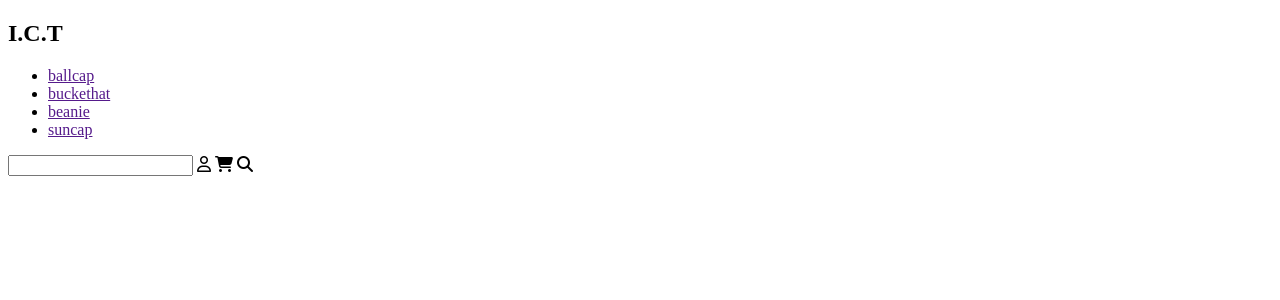
Repository: Developer120000/project1
Page: http://localhost/project1/productpage/ballcap.jsp
The author's editor kept a copy of each file at every save. The page is drawn from the files as they stood at one save, then again after the next save.
The browser window is 1280 px wide. The pictures show the whole page.
Some web libraries are served in a nearby version. The page is served by Tomcat 9.

Above is the page before, as saved 2024-03-14 07:38:26.

### project1/src/main/webapp/productpage/ballcap.jsp
<%@ page language="java" contentType="text/html; charset=UTF-8"
    pageEncoding="UTF-8"%>
<!DOCTYPE html>
<html>
<head>
<meta charset="UTF-8">
<title>Insert title here</title>
<script src="https://kit.fontawesome.com/80123590ac.js" crossorigin="anonymous"></script>
</head>
<body>
	<div>
		<header>
			<h2>I.C.T</h2>
			<ul>
				<li><a href="">ballcap</a></li>
				<li><a href="">buckethat</a></li>
				<li><a href="">beanie</a></li>
				<li><a href="">suncap</a></li>
			</ul>
			<input type="text" id="math" name="math" required>
			<i class="fa-regular fa-user"></i>
			<i class="fa-solid fa-cart-shopping"></i>
			<i class="fa-solid fa-magnifying-glass"></i>
		</header>
		<section>
		</section>
		<footer>
		</footer>
	</div>
</body>
</html>

After the next save:
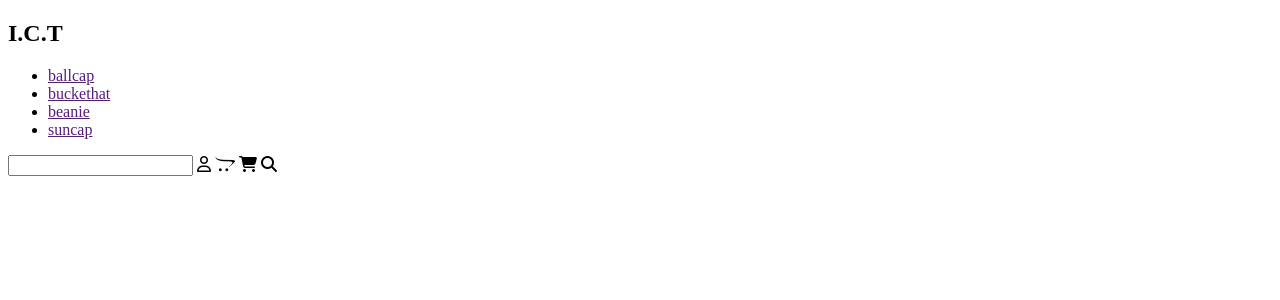
Saved 98 s later.
--- a/project1/src/main/webapp/productpage/ballcap.jsp
+++ b/project1/src/main/webapp/productpage/ballcap.jsp
@@ -19,6 +19,7 @@
 			</ul>
 			<input type="text" id="math" name="math" required>
 			<i class="fa-regular fa-user"></i>
+			<i class="fa-brands fa-opencart"></i>
 			<i class="fa-solid fa-cart-shopping"></i>
 			<i class="fa-solid fa-magnifying-glass"></i>
 		</header>
